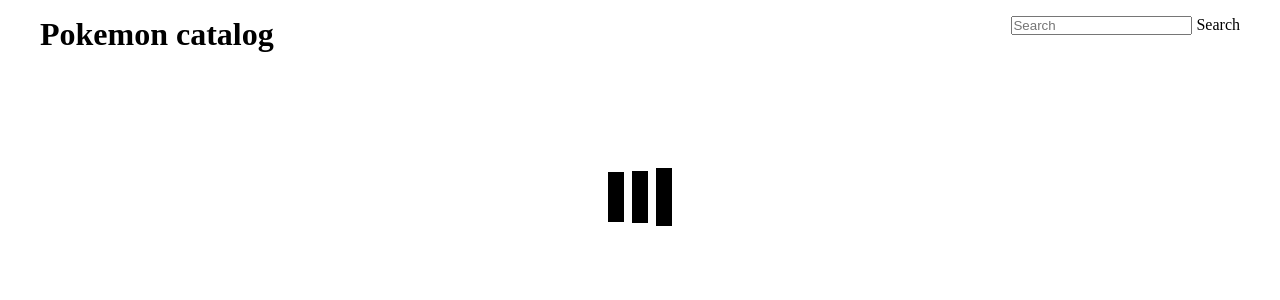
Repository: Ryszard-Penkala/pokemon-API
Page: index.html
An editor plug-in stored every save of this project. The page is shown before and after the next save, followed by the edit.
The browser window is 1280 px wide. The pictures show the whole page.
The page's requests for data from a server got no answer.

Above is the page before, as saved 2020-06-28 13:22:39.

After the next save:
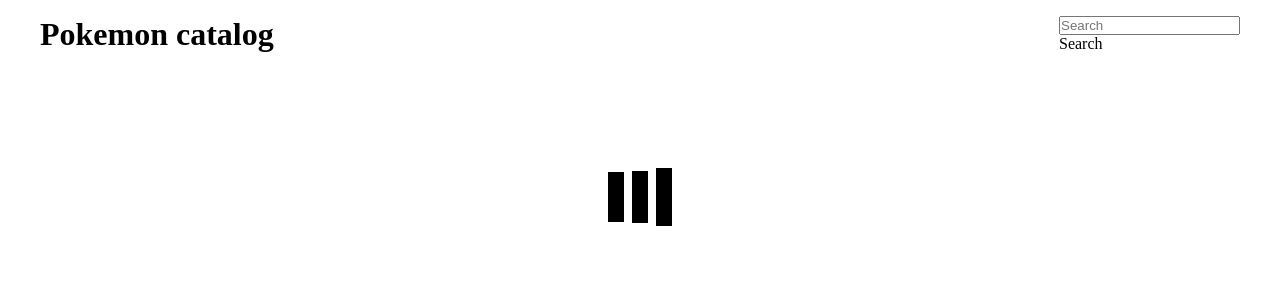
Saved 46 min 37 s later.
--- a/assets/styles/styles.css
+++ b/assets/styles/styles.css
@@ -24,7 +24,8 @@
 }
 
 .header-main__search-bar{
-    display: inline-block;
+    display: flex;
+    flex-direction: column;
 }
 
 .section-main{
